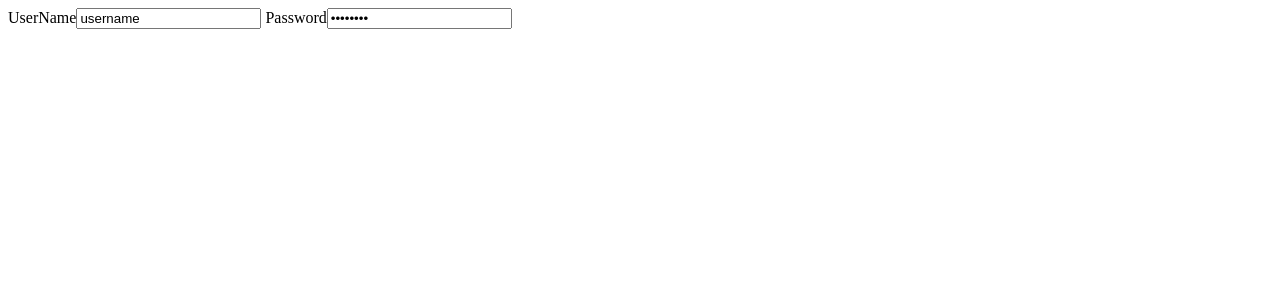
Repository: suma94/MyProjects
Page: http://localhost/Test3/Login.jsp
An editor plug-in stored every save of this project. The page is shown before and after the next save, followed by the edit.
The browser window is 1280 px wide. The pictures show the whole page.
The page is served by Tomcat 9. Other server files are loaded and not shown.

Above is the page before, as saved 2015-08-24 05:22:59.

### Test3/WebContent/Login.jsp
<%@ page language="java" contentType="text/html; charset=ISO-8859-1"
    pageEncoding="ISO-8859-1"%>
<!DOCTYPE html PUBLIC "-//W3C//DTD HTML 4.01 Transitional//EN" "http://www.w3.org/TR/html4/loose.dtd">
<html>
<head>
<meta http-equiv="Content-Type" content="text/html; charset=ISO-8859-1">
<title>Insert title here</title>
</head>
<body>
<form action="">
	UserName<input type="text" name="username" value="username">
	Password<input type="password" name="password" value="password">

</form>
</body>
</html>

After the next save:
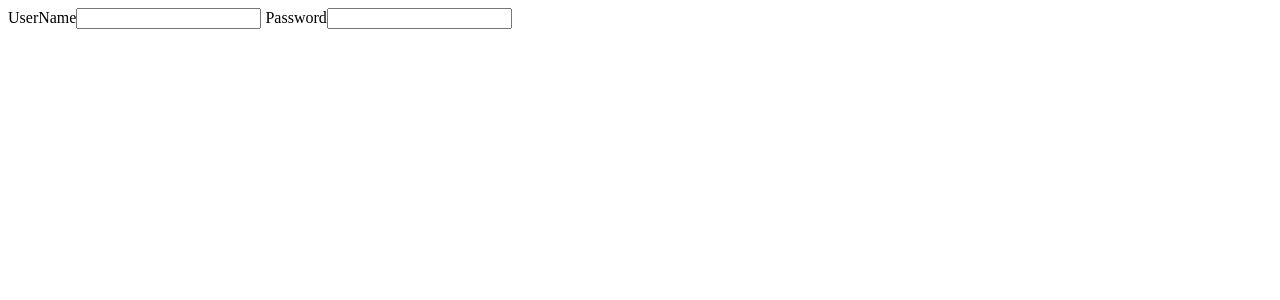
Saved 25 s later.
--- a/Test3/WebContent/Login.jsp
+++ b/Test3/WebContent/Login.jsp
@@ -8,8 +8,8 @@
 </head>
 <body>
 <form action="">
-	UserName<input type="text" name="username" value="username">
-	Password<input type="password" name="password" value="password">
+	UserName<input type="text" name="username" >
+	Password<input type="password" name="password">
 
 </form>
 </body>
